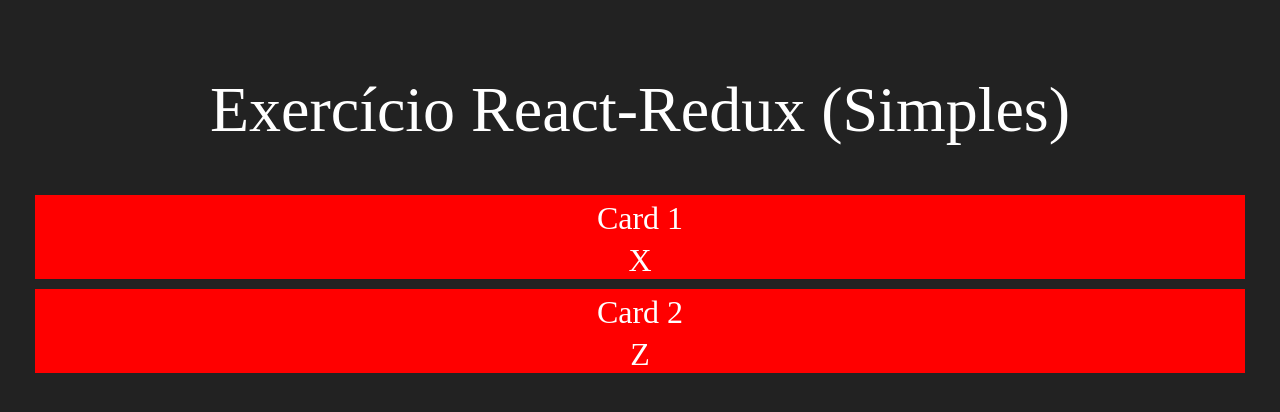
Repository: eversonps/redux-simples
Page: /
The author's editor kept a copy of each file at every save. The page is drawn from the files as they stood at one save, then again after the next save.
The browser window is 1280 px wide. The pictures show the whole page.
The project was rebuilt for these pictures with package versions that can differ from the ones it lists, and the page was loaded fresh each time.

Above is the page before, as saved 2022-03-10 17:44:37.

After the next save:
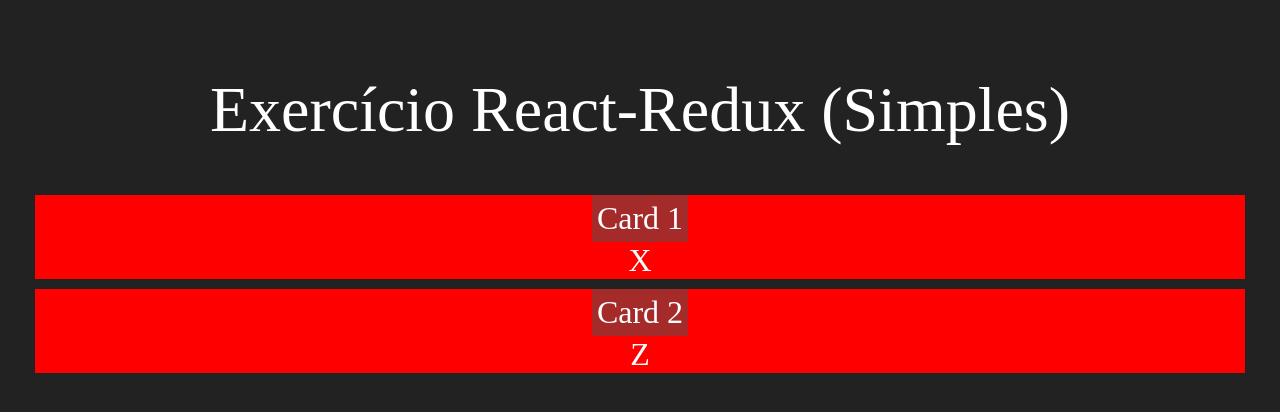
Saved 7 s later.
--- a/src/components/Card.css
+++ b/src/components/Card.css
@@ -13,4 +13,5 @@
 
 .Card .Header .Title{
     padding: 5px;
+    background-color: brown;
 }
